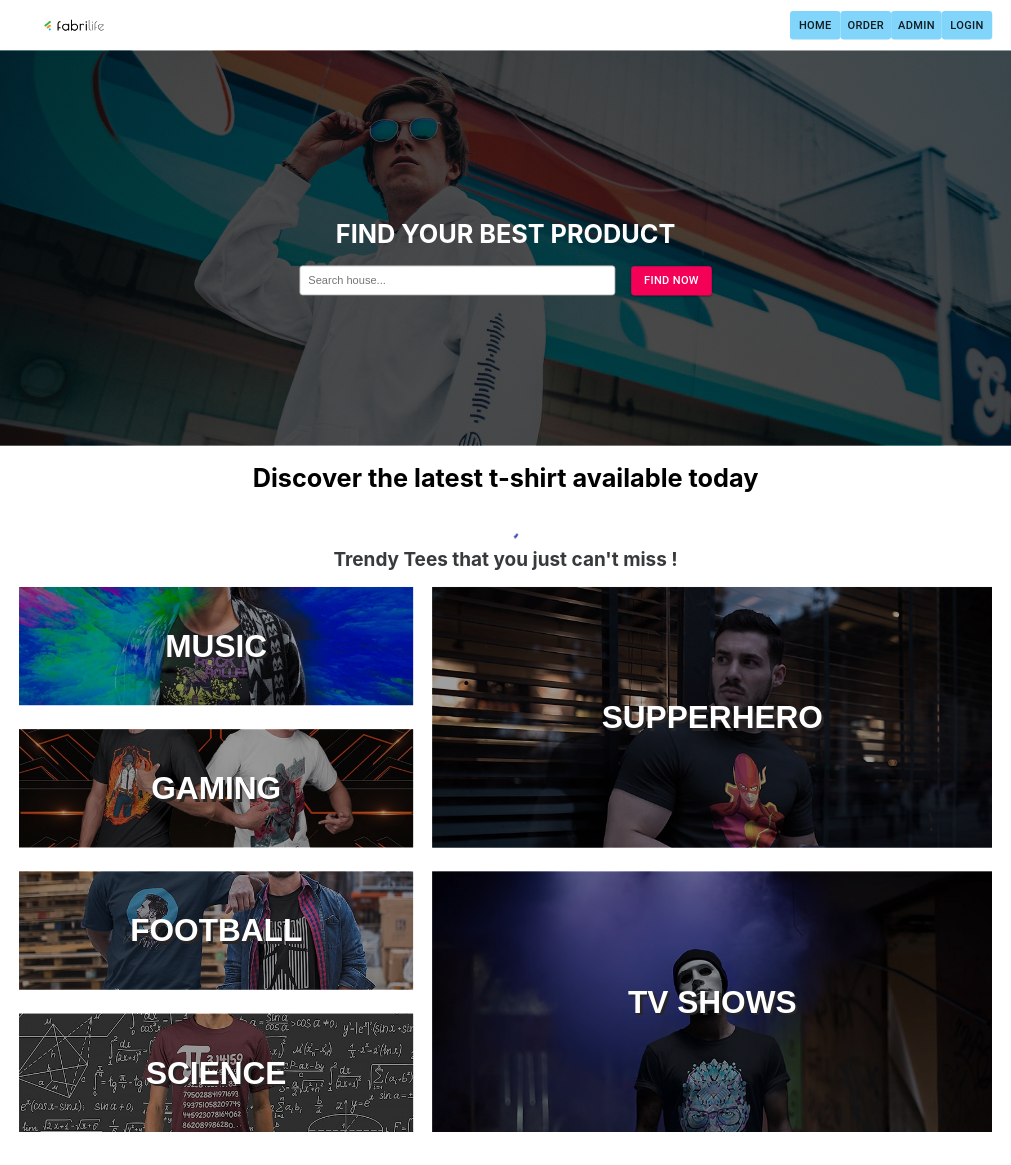
Repository: arif286/fabrilife-E-commerce-client-site
Page: /
An editor plug-in stored every save of this project. The page is shown before and after the next save, followed by the edit.
The browser window is 1280 px wide. The pictures show the whole page, at 79% of full size.
The page's requests for data from a server got no answer. The project was rebuilt for these pictures with package versions that can differ from the ones it lists, and the page was loaded fresh each time. No one was signed in, and anything a server would have sent is missing. Also part of the build but not shown: src/components/Admin/Admin.css, src/components/Admin/AddEvent/AddEvent.css, src/components/Admin/AddEvent/AddEvent.js, src/components/Admin/ProductManage/ProductManage.js, src/components/Admin/Sidebar/Sidebar.css, src/components/Admin/Sidebar/Sidebar.js, src/components/Admin/Admin.js, src/components/CheckOut/CheckOut.css and 8 more.

Above is the page before, as saved 2021-04-01 02:27:01.

### src/App.js
import React, { createContext, useState } from "react";
import { BrowserRouter as Router, Route, Switch } from "react-router-dom";
import Admin from "./components/Admin/Admin";
import CheckOut from "./components/CheckOut/CheckOut";
import Header from "./components/Header/Header";
import Home from "./components/Home/Home";
import Login from "./components/Login/Login";
import NoMatch from "./components/NoMatch/NoMatch";
import Order from "./components/Order/Order";
import PrivateRoute from "./components/PrivateRoute/PrivateRoute";

export const UserContext = createContext()

function App() {
  const [loggedInUser, setLoggedInUser] = useState({});
  return (
    <UserContext.Provider value={[loggedInUser, setLoggedInUser]}>
      <Router>
        <Header />
        <Switch>
          <Route path="/home">
            <Home />
          </Route>
          <PrivateRoute path="/admin">
            <Admin/>
          </PrivateRoute>
          <PrivateRoute path="/productDetails/:id">
            <CheckOut />
          </PrivateRoute>
          <PrivateRoute path='/order'>
            <Order/>
          </PrivateRoute>
          <Route path="/login">
            <Login />
          </Route>
          <Route exact path="/">
            <Home />
          </Route>
          <Route path="*">
            <NoMatch />
          </Route>
        </Switch>
      </Router>
    </UserContext.Provider>
  );
}

export default App;

### src/components/Header/Header.js
import AppBar from "@material-ui/core/AppBar";
import Button from "@material-ui/core/Button";
import { createMuiTheme, makeStyles } from "@material-ui/core/styles";
import Toolbar from "@material-ui/core/Toolbar";
import Typography from "@material-ui/core/Typography";
import React from "react";
import { NavLink } from "react-router-dom";
import logo from "../../tshirt-shop/logos/fabrilife.svg";
import "./Header.css";



const theme = createMuiTheme({
  palette: {
    primary: {
      light: "#757ce8",
      main: "#3f50b5",
      dark: "#002884",
      contrastText: "#fff",
    },
    secondary: {
      main: "#4fc3f7",
    },
  },
});
const useStyles = makeStyles((theme) => ({
  root: {
    flexGrow: 1,
  },
  menuButton: {
    marginRight: theme.spacing(2),
  },
  title: {
    flexGrow: 1,
  },
  navbar: {
    backgroundColor: "white",
  },
  button: {
    backgroundColor: "#81d4fa",
  },
}));

const Header = () => {
  const classes = useStyles();

  return (
    <div className={classes.root}>
      <AppBar className={classes.navbar} position="static">
        <Toolbar>
          <img
            style={{ width: "80px", marginLeft: "30px" }}
            src={logo}
            alt=""
          />
          <Typography variant="h6" className={classes.title}></Typography>
          <NavLink className="header-link" to="/home">
            <Button className={classes.button}>Home</Button>
          </NavLink>
          <NavLink className="header-link" to="/order">
            <Button className={classes.button}>Order</Button>
          </NavLink>
          <NavLink className="header-link" to="/admin">
            <Button className={classes.button}>Admin</Button>
          </NavLink>
          <NavLink className="header-link" to="/login">
            <Button className={classes.button}>Login</Button>
          </NavLink>
        </Toolbar>
      </AppBar>
    </div>
  );
};

export default Header;

### src/components/Home/Home.js
import React from 'react';
import Footer from '../Footer/Footer';
import LatestProduct from '../LatestProduct/LatestProduct';
import SearchBar from '../SearchBar/SearchBar';
import Shop from '../Shop/Shop';

const Home = () => {
    return (
        <>
            <SearchBar/>
            <Shop />
            <LatestProduct />
            <Footer/>
        </>
    );
};

export default Home;

### src/components/Header/Header.css
.header-link {
  text-decoration: none;
  color: white;
}

### src/components/Footer/Footer.js
import React from 'react';

const Footer = () => {
    return (
        <div>

        </div>
    );
};

export default Footer;

### src/components/LatestProduct/LatestProduct.js
import { Container, Grid } from '@material-ui/core';
import React from 'react';
import { NavLink } from 'react-router-dom';
import './LatestProduct.css';

const LatestProduct = () => {
    return (
      <Container>
        <h2 style={{ textAlign: "center", color: "#373a3c", marginTop:'40px'}}>
          Trendy Tees that you just can't miss !
        </h2>
        <Grid container spacing={3}>
          <Grid item md={5} sm={12}>
            <div className="music latest-product">
              <NavLink className="img-link" to="/">
                <div className="image-title">
                  <h1>music</h1>
                </div>
              </NavLink>
            </div>
            <div className="gaming latest-product">
              <NavLink className="img-link" to="/">
                <div className="image-title">
                  <h1>gaming</h1>
                </div>
              </NavLink>
            </div>
            <div className="football latest-product">
              <NavLink className="img-link" to="/">
                <div className="image-title">
                  <h1>football</h1>
                </div>
              </NavLink>
            </div>
            <div className="science latest-product">
              <NavLink className="img-link" to="/">
                <div className="image-title">
                  <h1>science</h1>
                </div>
              </NavLink>
            </div>
          </Grid>
          <Grid item sm={12} md={7}>
            <div className="supperHero latest-product">
              <NavLink className="img-link" to="/">
                <div className="image-title">
                  <h1>supperHero</h1>
                </div>
              </NavLink>
            </div>
            <div className="shows latest-product">
              <NavLink className="img-link" to="/">
                <div className="image-title">
                  <h1>Tv shows</h1>
                </div>
              </NavLink>
            </div>
          </Grid>
        </Grid>
      </Container>
    );
};

export default LatestProduct;

### src/components/SearchBar/SearchBar.js
import { Button } from "@material-ui/core";
import React from "react";
import "./SearchBar.css";

const SearchBar = () => {
  return (
    <div className="bgImage">
      <div className="search-bar">
        <h1>Find your best product</h1>
        <div className="search-bar">
          <input placeholder="Search house..." type="text" />
          <Button color="secondary" variant="contained">
            Find Now
          </Button>
        </div>
      </div>
    </div>
  );
};

export default SearchBar;

### src/components/Shop/Shop.js
import { Container, Grid } from "@material-ui/core";
import CircularProgress from "@material-ui/core/CircularProgress";
import axios from "axios";
import React, { useEffect, useState } from "react";
import ShopCard from "./ShopCard/ShopCard";

const Shop = () => {
     const [event, setEvent] = useState([]);

     useEffect(() => {
       axios
         .get("http://localhost:5000/event")
         .then((res) => setEvent(res.data))
         .catch((error) => console.log(error));
     }, []);

    return (
      <div>
        <Container>
          <Grid container direction="column" alignItems="center">
            <h1> Discover the latest t-shirt available today</h1>
            {event.length === 0 && <CircularProgress />}
          </Grid>
          <Grid container spacing={4}>
            {event.map((product, index) => (
              <Grid item xs={12} sm={6} md={4}>
                <ShopCard product={product} key={index} />
              </Grid>
            ))}
          </Grid>
        </Container>
      </div>
    );
};

export default Shop;

### src/components/LatestProduct/LatestProduct.css
.music {
  background-image: url("../../tshirt-shop/images/music-min.jpg");
  height: 150px;
}
.latest-product {
  background-repeat: no-repeat;
  background-size: cover;
  position: relative;
  overflow: hidden;
  margin-bottom: 30px;
}
.gaming {
  background-image: url("../../tshirt-shop//images/gaming-min.jpg");
  height: 150px;
}
.football {
  background-image: url("../../tshirt-shop/images/football-min.jpg");
  height: 150px;
}
.science {
  background-image: url("../../tshirt-shop/images/science-min.jpg");
  height: 150px;
}
.supperHero {
  background-image: url("../../tshirt-shop/images/superhero-min.jpg");

  height: 330px;
}
.shows {
  background-image: url("../../tshirt-shop/images/tv-min.jpg");
  height: 330px;
}

.img-link {
  top: 0;
  left: 0;
  display: block;
  overflow: hidden;
  height: 100%;
  width: 100%;
  position: absolute;
  background: #00000061;
}
.image-title {
  position: absolute;
  top: 50%;
  width: 100%;
  text-align: center;
  transform: translateY(-50%);
}
.image-title h1 {
  padding: 10px;
  color: white;
  font-size: 2.5rem;
  text-transform: uppercase;
  font-family: "Fjalla One", sans-serif;
  text-shadow: 3px 3px #272525;
}

### src/components/SearchBar/SearchBar.css
.bgImage {
  background-image: linear-gradient(#000000b3, #000000b3),
    url("../../tshirt-shop/images/websiteheader2.png") !important;
  background-repeat: no-repeat;
  background-size: cover;
  min-height: 500px;
  width: 100%;
  display: flex;
  justify-content: center;
  align-items: center;
}
.search-bar h1 {
  color: white;
  text-transform: uppercase;
}
.search-bar input {
  min-width: 400px;
  display: inline-block;
  box-sizing: border-box;
  padding: 10px;
  border-radius: 4px;
  font-size: 14px;
  border: 1px solid #999999;
  outline: none;
  margin-right: 20px;
}
.search-bar {
  text-align: center;
}

Loaded but not shown: public/index.html (common file); src/index.js (common file); src/index.css (common file); src/reportWebVitals.js (common file); src/components/Shop/ShopCard/ShopCard.css (no stored copy; drawn as an empty file)

After the next save:
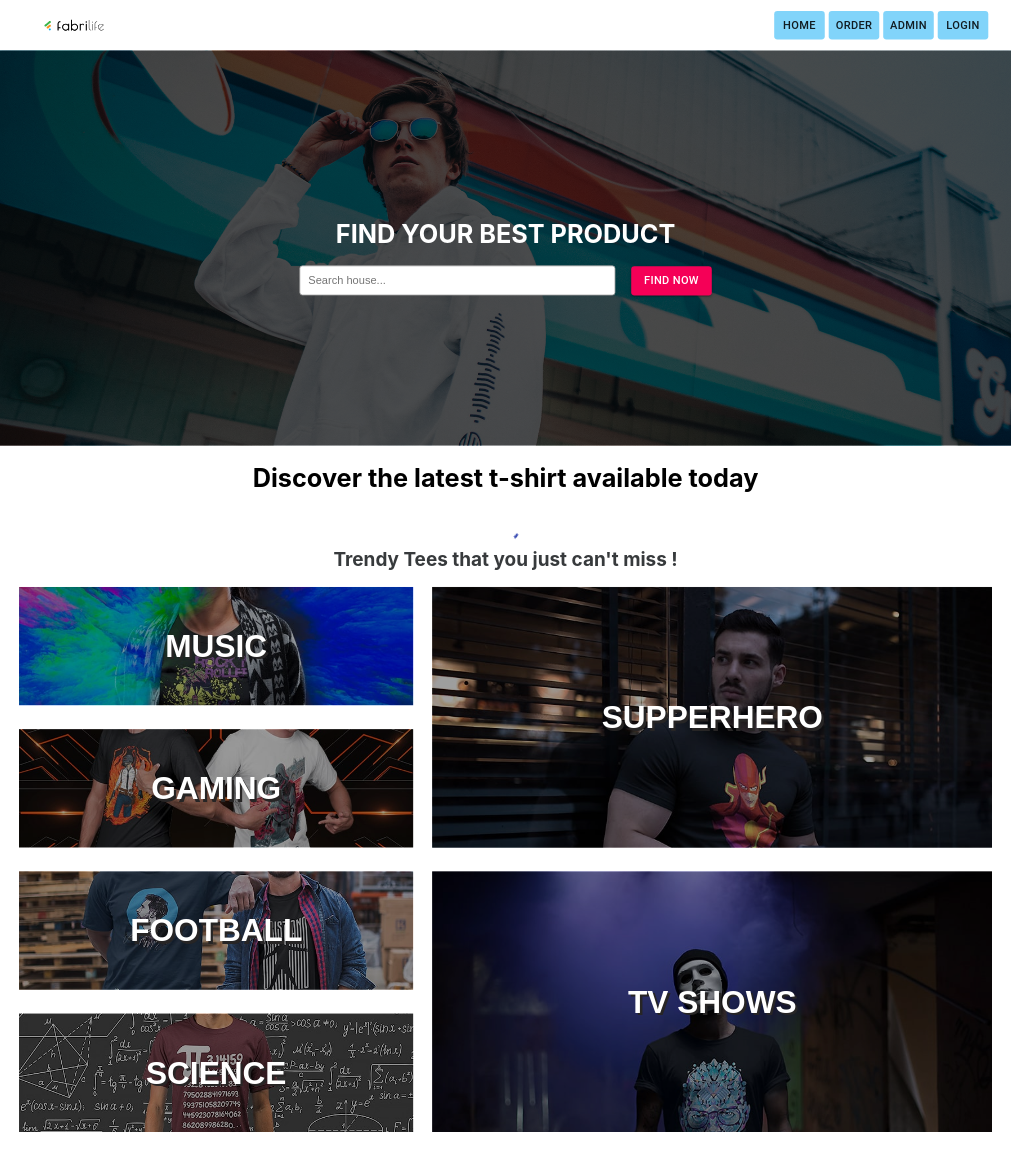
Saved 45 s later.
--- a/src/components/Header/Header.js
+++ b/src/components/Header/Header.js
@@ -38,6 +38,7 @@
   },
   button: {
     backgroundColor: "#81d4fa",
+    marginRight: '5px'
   },
 }));
 
